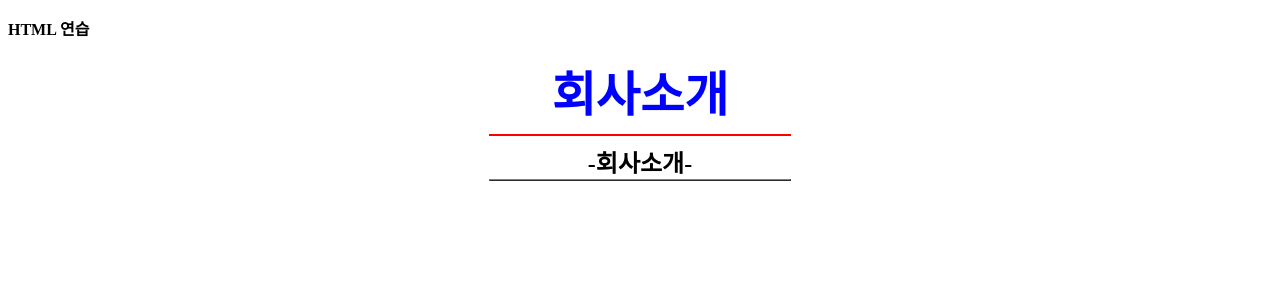
Repository: sika5382/jsp
Page: html/WebContent/NewFile2.html
The author's editor kept a copy of each file at every save. The page is drawn from the files as they stood at one save, then again after the next save.
The browser window is 1280 px wide. The pictures show the whole page.

Above is the page before, as saved 2020-10-29 07:56:04.

After the next save:
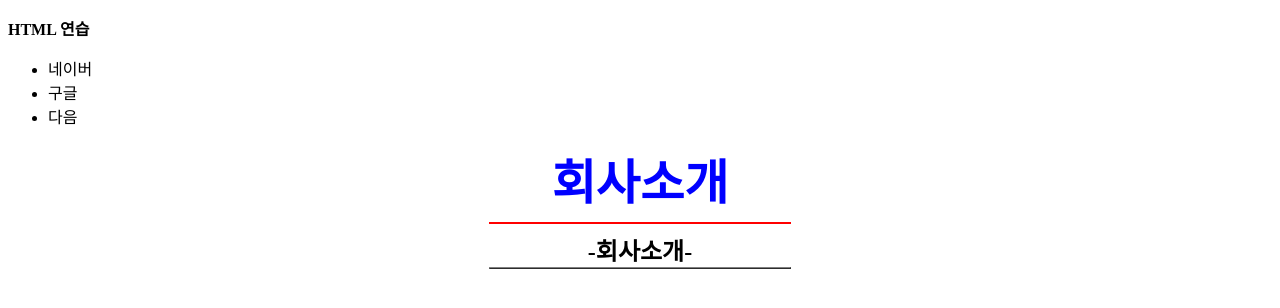
Saved 9 s later.
--- a/html/WebContent/NewFile2.html
+++ b/html/WebContent/NewFile2.html
@@ -23,6 +23,13 @@
 
 			</caption>
 
+			<ul>
+
+				<li>네이버</li>
+				<li>구글</li>
+				<li>다음</li>
+
+			</ul>
 
 
 
